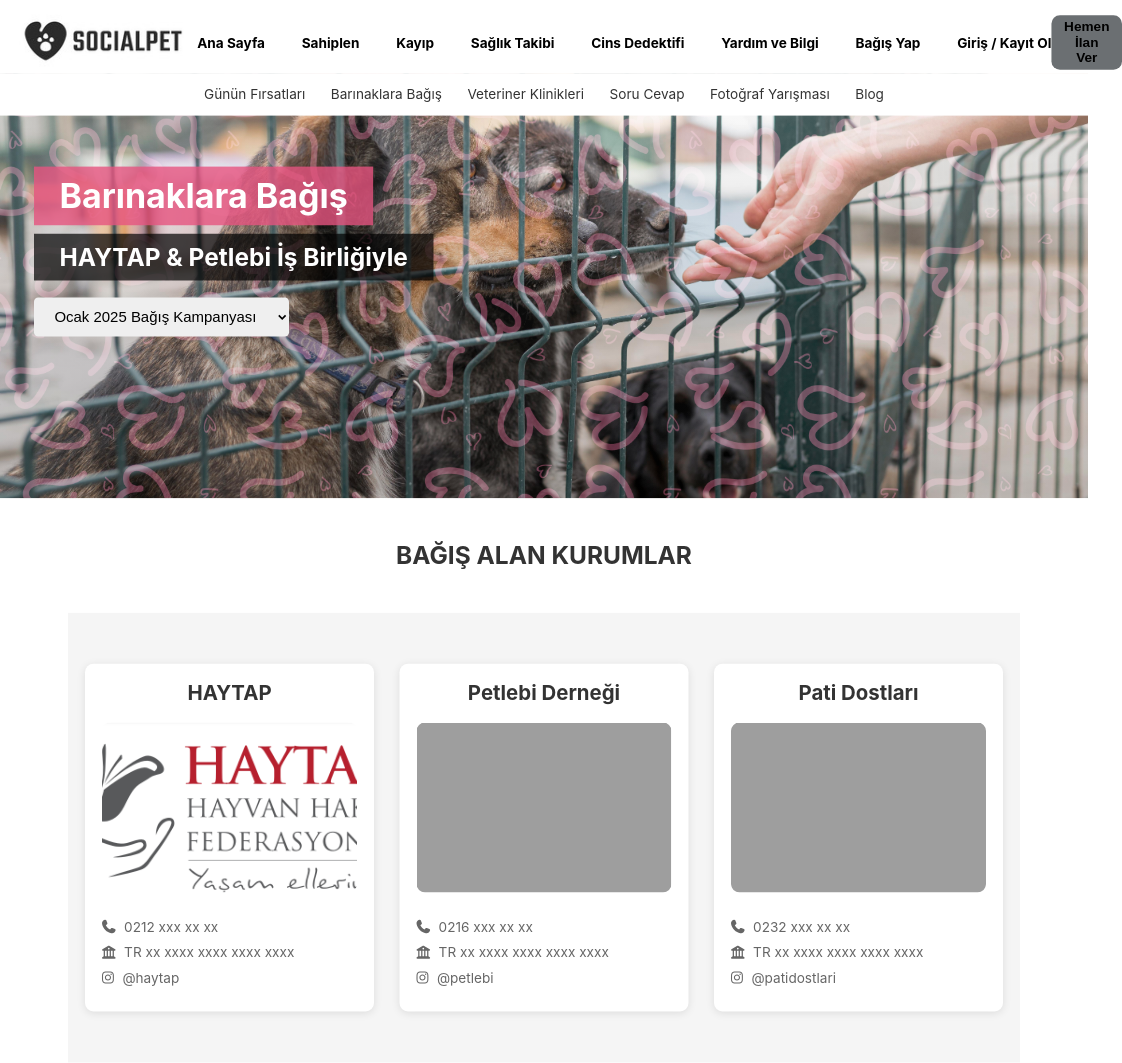
Repository: utkucaa/socialpet-frontend
Page: /donate (app in petweb/petweb/)
The author's editor kept a copy of each file at every save. The page is drawn from the files as they stood at one save, then again after the next save.
The browser window is 1280 px wide. The page is 1320 px wide, so the pictures cover 1320 px, including what lies to the right of the window. The pictures show the whole page, at 85% of full size.
Pictures or frames that could not be fetched are drawn as grey boxes. The project was rebuilt for these pictures with package versions that can differ from the ones it lists, and the page was loaded fresh each time. Also part of the build but not shown: petweb/petweb/src/Components/Login/Login.jsx, petweb/petweb/src/Components/Intro/Intro.css, petweb/petweb/src/Components/Intro/Intro.jsx, petweb/petweb/src/Components/Register/Register.jsx, petweb/petweb/src/Components/Profile/ProfilePage.jsx, petweb/petweb/src/Components/Adoption/Header.css, petweb/petweb/src/Components/Adoption/Header.jsx, petweb/petweb/src/Components/Adoption/Stats.css and 30 more. Imported but missing from the stored project, and not drawn on this page: petweb/petweb/src/Components/AdoptionSteps.

Above is the page before, as saved 2025-01-09 22:03:48.

### petweb/petweb/src/Components/Navbar/Navbar.jsx
import React from 'react';
import { Link } from 'react-router-dom';
import './Navbar.css';

const Navbar = ({ user, setUser }) => {
  const handleLogout = () => {
    setUser(null);
  };

  return (
    <div className='n-container'>
      <div className="n-left">
        <Link to="/">
          <img src="/logo.png" alt="Social Pet Logo" className="n-logo" />
        </Link>
      </div>
      <div className="n-right">
        <div className="n-list">
          <ul>
            <li><Link to="/">Ana Sayfa</Link></li>
            <li><Link to="/adopt">Sahiplen</Link></li>
            <li><Link to="/lost">Kayıp</Link></li>
            <li><Link to="/health-tracking">Sağlık Takibi</Link></li>
            <li><Link to="/breed-detector">Cins Dedektifi</Link></li>
            <li><Link to="/help-info">Yardım ve Bilgi</Link></li>
            <li><Link to="/donate">Bağış Yap</Link></li>

            {!user ? (
              <li><Link to="/login">Giriş / Kayıt Ol</Link></li>
            ) : (
              <li><Link to="/profile">Profil</Link></li>
            )}
          </ul>
        </div>
        {!user ? (
          <button className='giris-cıkıs'>
            <Link to="/create-ad">Hemen İlan Ver</Link>
          </button>
        ) : (
          <button className='giris-cıkıs cıkıs' onClick={handleLogout}>
            <Link to="/">Çıkış Yap</Link>
          </button>
        )}
      </div>
    </div>
  );
};

export default Navbar;

### petweb/petweb/src/Components/Donate/Donate.jsx
import React from 'react';
import './Donate.css';
import { FontAwesomeIcon } from '@fortawesome/react-fontawesome';
import { faPhone, faUniversity } from '@fortawesome/free-solid-svg-icons';
import { faInstagram } from '@fortawesome/free-brands-svg-icons';

const Donate = () => {
  const donationCards = [
    {
      name: "HAYTAP",
      image: "/haytap.png",
      phone: "0212 xxx xx xx",
      iban: "TR xx xxxx xxxx xxxx xxxx",
      instagram: "@haytap"
    },
    {
      name: "Petlebi Derneği",
      image: "/hayvan2.jpg",
      phone: "0216 xxx xx xx",
      iban: "TR xx xxxx xxxx xxxx xxxx",
      instagram: "@petlebi"
    },
    {
      name: "Pati Dostları",
      image: "/hayvan3.jpg",
      phone: "0232 xxx xx xx",
      iban: "TR xx xxxx xxxx xxxx xxxx",
      instagram: "@patidostlari"
    }
  ];

  return (
    <div className="main-container">
      {/* Üst Kısım - Resimli Alan */}
      <div className="hero-section">
        <nav className="nav-menu">
          <ul>
            <li>Günün Fırsatları</li>
            <li>Barınaklara Bağış</li>
            <li>Veteriner Klinikleri</li>
            <li>Soru Cevap</li>
            <li>Fotoğraf Yarışması</li>
            <li>Blog</li>
          </ul>
        </nav>
        <div className="hero-content">
          <div className="title-box">
            <h1>Barınaklara Bağış</h1>
          </div>
          <div className="subtitle-box">
            <h2>HAYTAP & Petlebi İş Birliğiyle</h2>
          </div>
          <div className="select-container">
            <select>
              <option>Ocak 2025 Bağış Kampanyası</option>
            </select>
          </div>
        </div>
      </div>

      {/* Alt Kısım - Bilgilendirme ve Kartlar */}
      <div className="content-section">
        <div className="info-section">
          <h2>BAĞIŞ ALAN KURUMLAR</h2>
        </div>

        <div className="donation-cards-container">
          {donationCards.map((card, index) => (
            <div key={index} className="donation-card">
              <h3 className="card-title">{card.name}</h3>
              <div className="card-image">
                <img src={card.image} alt={card.name} />
              </div>
              <div className="card-info">
                <p> <FontAwesomeIcon icon={faPhone} /> {card.phone}</p>
                <p><FontAwesomeIcon icon={faUniversity} /> {card.iban}</p>
                <p><FontAwesomeIcon icon={faInstagram} /> {card.instagram}</p>
              </div>
            </div>
          ))}
        </div>
      </div>
    </div>
  );
};

export default Donate;

### petweb/petweb/src/Components/Navbar/Navbar.css
.spline-sans-mono {
    font-family: "Spline Sans Mono", monospace;
  }

.n-container{
    height: 10vh;
    margin-top: 14px;
    display: flex;
    justify-content: space-between;
    align-items: center;
    padding: 0 2rem;
}

.n-logo {
    width: 200px;
    height: auto;
    margin-right: 10px;
    margin-left: -10px;
  }


.n-left{
    flex:1;
    align-items: center;
    display: flex;
    gap:1 rem;
}


.n-right{
    display: flex;
    flex: 5;
    align-items: center;
    justify-content: center;
    font-weight: 400;
}

.n-list{
    flex: 10;
}

.n-list a {
    text-decoration: none;
    color: black;
    font-weight: bold;
    font-size: 16px;
    transition: color 0.3s ease;
}

.n-list a:hover {
    color:  #1a237e;
}

.n-list>ul{
    display: flex;
    gap: 2.7rem;
    margin-right: 2rem;
    margin-left: -10px;
    align-items: center;
    list-style: none;
    padding: 0;
    margin: 0;
}

.n-list>ul>li {
    white-space: nowrap;
}

.giris-cıkıs {
    background-color: #6b6f72;
    color: white;
    padding: 5px 15px;
    border: none;
    border-radius: 10px;
    cursor: pointer;
    font-size: 16px;
    font-weight: bold;
    transition: background-color 0.3s ease, transform 0.2s ease;
    margin-right: -14px;
    width: auto;
}
.giris-cıkıs:hover {
    background-color: #4b5b63;
    transform: scale(1.05);
}

.giris-cıkıs a {
    text-decoration: none;
    color: black;
    font-weight: bold;
    font-size: 16px;
}

.giris-cıkıs a:hover {
    color: white;
}

### petweb/petweb/src/Components/Login/Login.css

.login-page {
    display: flex;
    height: 100vh;
  }

  .login-left {
    flex: 1;
  display: flex;
  flex-direction: column;
  justify-content: center;
  align-items: center;
  background: linear-gradient(135deg, #f0f0f0, #d9e4f5);
  padding: 20px;
  text-align: center;
  border-top-right-radius: 20px;
  border-radius: 20px;
  margin-left: 30px;
  }
  .login-logo {
    width: 400px;
    height: auto;
    border-radius: 10px;
    margin-top: 20px;
  }
  .login-left h1 {
    font-size: 36px;
    color: #333;
    margin-bottom: 5px;
    margin-top: 10px;
  }

  .login-left p {
    font-size: 18px;
    margin-top: 5px;
    color: #555;
  }

  .login-image {
    width: 70%;
    margin-top: 20px;
    border-radius: 10px;
  }

  .login-right {
    flex: 1;
    display: flex;
    justify-content: center;
    align-items: center;
    background: #fff;
  }

  .login-box {
    background: white;
    padding: 30px;
    border-radius: 8px;
    box-shadow: 0 4px 15px rgba(0, 0, 0, 0.2);
    text-align: center;
    width: 90%;
    max-width: 400px;
  }

  h2 {
    font-size: 24px;
    margin-bottom: 20px;
    color: #333;
  }

  .form-group {
    margin-bottom: 15px;
    text-align: left;
  }

  label {
    display: block;
    font-size: 14px;
    margin-bottom: 5px;
    color: #555;
  }

  input {
    width: 100%;
    padding: 10px;
    font-size: 14px;
    border-radius: 5px;
    border: 1px solid #ccc;
    outline: none;
    transition: border-color 0.3s;
  }

  input:focus {
    border-color: #5d6d7e;
  }

  .login-button {
    background-color: #5d6d7e;
    color: white;
    padding: 10px;
    width: 100%;
    border: none;
    border-radius: 5px;
    font-size: 16px;
    cursor: pointer;
    transition: background-color 0.3s;
  }

  .login-button:hover {
    background-color: #4b5b63;
  }

  .error-message {
    color: red;
    font-size: 14px;
    margin-bottom: 15px;
  }

  .redirect-message {
    margin-top: 15px;
    font-size: 14px;
  }

  .redirect-message a {
    color: #4a90e2;
    text-decoration: none;
  }

  .redirect-message a:hover {
    text-decoration: underline;
  }

### petweb/petweb/src/Components/Register/Register.css
.register-page {
    display: flex;
    height: 100vh;
  }

  .register-left {
    flex: 1;
  display: flex;
  flex-direction: column;
  justify-content: center;
  align-items: center;
  background: linear-gradient(135deg, #f0f0f0, #d9e4f5);
  padding: 20px;
  text-align: center;
  border-top-right-radius: 20px;
  border-radius: 20px;
  margin-left: 30px;
  }

  .register-logo {
    width: 400px;
    height: auto;
    border-radius: 10px;
    margin-top: 20px;
  }

  .register-left h1 {
    font-size: 36px;
    color: #333;
    margin-bottom: 5px;
    margin-top: 10px;
  }

  .register-left p {
    font-size: 18px;
    margin-top: 5px;
    color: #555;
  }

  .register-right {
    flex: 1;
    display: flex;
    justify-content: center;
    align-items: center;
    background: #fff;
  }

  .register-box {
    background: white;
  padding: 20px;
  border-radius: 20px;
  box-shadow: 0 4px 15px rgba(0, 0, 0, 0.2);
  text-align: center;
  width: 100%;
  max-width: 600px;
  }

  h2 {
    font-size: 24px;
    margin-bottom: 20px;
    color: #333;
  }

  .form-group {
    margin-bottom: 15px;
    text-align: left;
  }

  label {
    font-size: 14px;
  margin-bottom: 5px;
  color: #555;
  align-self: flex-start;
  padding-left: 112px;
  }

  input {
    width: 100%;
    max-width: 350px;
    padding: 12px;
    font-size: 14px;
    border-radius: 5px;
    border: 1px solid #ccc;
    outline: none;
    transition: border-color 0.3s;
    margin: 0 auto;
    display: block;
  }

  input:focus {
    border-color: #5d6d7e;
  }

  .register-button {
    background-color: #5d6d7e;
  color: white;
  padding: 12px;
  width: 100%;
  max-width: 350px;
  border: none;
  border-radius: 5px;
  font-size: 16px;
  cursor: pointer;
  transition: background-color 0.3s;
  margin: 20px auto;
  display: block;
  }

  .register-button:hover {
    background-color: #4b5b63;
  }

  .error-message {
    color: red;
    font-size: 14px;
    margin-bottom: 15px;
  }

  .redirect-message {
    margin-top: 15px;
    font-size: 14px;
  }

  .redirect-message a {
    color: #4a90e2;
    text-decoration: none;
  }

  .redirect-message a:hover {
    text-decoration: underline;
  }

### petweb/petweb/src/Components/Profile/ProfilePage.css
.profile-container {
  padding: 20px;
  max-width: 1200px;
  margin: 0 auto;
}

.profile-header-section {
  background: #696769;
  border-radius: 8px;
  padding: 20px;
  display: flex;
  justify-content: space-between;
  align-items: center;
  color: white;
}

.profile-avatar {
  display: flex;
  justify-content: center;
  align-items: center;
  position: relative;
  width: 120px;
  height: 120px;
}

.avatar-box {
  width: 100px;
  height: 100px;
  border-radius: 8px;
  background-color: #d9d9d9;
  overflow: hidden;
  display: flex;
  justify-content: center;
  align-items: center;
  position: relative;
  cursor: pointer;
}

.avatar-box img {
  width: 100%;
  height: 100%;
  object-fit: cover;
}

.avatar-input {
  position: absolute;
  top: 0;
  left: 0;
  width: 100%;
  height: 100%;
  opacity: 0;
  cursor: pointer;
  z-index: 2;
}

.profile-left {
  display: flex;
  align-items: center;
  gap: 20px;
}

.profile-avatar img {
  width: 120px;
  height: 120px;
  border-radius: 8px;
  background: #fff;
}

.member-tags {
  display: flex;
  gap: 10px;
  margin: 10px 0;
}

.tag {
  padding: 4px 8px;
  border-radius: 4px;
  font-size: 12px;
}

.tag.blue {
  background: #2196f3;
}

.tag.cyan {
  background: #00bcd4;
}

.stats-section {
  display: grid;
  grid-template-columns: repeat(4, 1fr);
  gap: 20px;
  margin: 20px 0;
}

.stat-card {
  padding: 15px;
  border-radius: 8px;
  color: white;
  text-align: center;
}

.stat-card.blue { background: #82bae8; }
.stat-card.green { background: #86c388; }
.stat-card.orange { background: #e7c086; }
.stat-card.cyan { background: #7bcad4; }


.content-section {
  display: flex;
  gap: 20px;
  margin-top: 20px;
}

.side-menu {
  width: 250px;
  background: #f5f5f5;
  padding: 15px;
  border-radius: 8px;
}

.side-menu ul {
  list-style: none;
  padding: 0;
}

.side-menu li {
  padding: 10px;
  margin: 5px 0;
  cursor: pointer;
  border-radius: 4px;
  transition: background-color 0.3s;
}

.side-menu li:hover {
  background: #e0e0e0;
}

.main-content {
  flex: 1;
}

.no-ads {
  background: #696767;
  color: white;
  padding: 15px;
  border-radius: 8px;
  text-align: center;
}

.profile-actions {
  display: flex;
  gap: 15px;
}

.btn-update, .btn-add {
  padding: 8px 16px;
  border: none;
  border-radius: 4px;
  cursor: pointer;
}

.btn-update {
  background: #f5f5f5;
  color: #333;

}

.btn-add {
  background: #eda03c;
  color: white;

}

.btn-logout {
  background-color: rgb(201, 197, 197);
  color: white;
  border: none;
  padding: 10px 20px;
  cursor: pointer;
  margin-top: 10px; /* İlan Ekle butonundan sonra biraz boşluk bırakır */
}

.btn-logout:hover {
  background-color: rgb(55, 54, 54);
}

### petweb/petweb/src/Components/Adoption/CreatedPage.css
.create-ad-container {
  display: flex;
  width: 100%;
}

.create-ad-title {
  font-size: 24px;
  font-weight: bold;
  color: #333;
  margin-left: 90px;
  margin-top: 20px;
  text-align: left;
  position: relative;
  top: 20px;
}

select {
  font-size: 12px;
  padding: 5px 8px;
  width: 100px;
  height: auto;
  border-radius: 5px;
  border: 1px solid #ccc;
}

option {
  font-size: 12px;
}

.sidebar {
  width: 250px;
  background-color: #f4f4f4;
  height: 100vh;
  padding: 20px;
  box-shadow: 2px 0 5px rgba(0, 0, 0, 0.1);
}

.step-content {
  margin-left: 270px;
  padding: 20px;
  width: calc(100% - 270px);
  display: flex;
  flex-direction: column;
}

.step-indicator {
  display: flex;
  justify-content: center;
  align-items: center;
  margin-bottom: 20px;
  gap: 50px;
}

.step-box {
  width: 40px;
  height: 40px;
  background-color: transparent;
  border-radius: 50%;
  display: flex;
  justify-content: center;
  align-items: center;
  font-size: 18px;
  margin: 0 px;
  font-weight: bold;
  cursor: pointer;
  box-shadow: none;
  border: none;
  transition: background-color 0.3s ease, color 0.3s ease;
}

.step-box.active {
  background-color: #f8c471;
  color: white;
}

.step-box.inactive {
  background-color: #ccc;
  color: #666;
}

.step-text.active-text {
  color: #f8c471;
}

.step-text.inactive-text {
  color: #666;
}

.step-description {
  display: flex;
  justify-content: center;
  margin-top: -10px;
  gap: 80px;
}

.step-text {
  font-size: 14px;
  text-align: center;
  width: auto;
  margin: 20px 0 0 0;
  transition: color 0.3s;
}

.step-text h2 {
  font-size: 12px;
  color: #333;
  margin-top: 5px;
  transition: color 0.3s ease, font-weight 0.3s ease; /* Animasyon */
}

.step-text.active-text h2 {
  color: #f8c471; /* Aktif başlık rengi */
  font-weight: bold;
}

.step {
  display: flex;
  flex-direction: column;
  align-items: flex-start; /* Sola hizalar */
  width: 100%;
}

### petweb/petweb/src/Components/Lost/CreateListingPage.css
.page-container {
  width: 100%;
  max-width: 1200px;
  margin: 0 auto;
  padding: 20px;
}

.baslık{
  font-size: 28px;
  margin-bottom: 29px;
}

.create-listing-container {
  display: flex;
  gap: 30px;
}

.left-section {
  flex: 7;
}

.right-section {
  flex: 3;
}

.form-group {
  margin-bottom: 20px;
}

h2, h3 {
  margin-bottom: 9px;
  color: #333;
  font-size: 18px;
}

.form-input,
.form-select,
.form-textarea {
  width: 100%;
  padding: 12px;
  border: 1px solid #ddd;
  border-radius: 4px;
  font-size: 16px;
  margin-bottom: 10px;
}

.form-textarea {
  min-height: 150px;
  resize: vertical;
}



.warning-text {
  color: #d32f2f;
  font-weight: bold;
  margin: 10px 0;
}

.note-text {
  color: #666;
  font-size: 14px;
  margin-top: 8px;
}

.map-container {
  width: 100%;
  height: 400px;
  background-color: #f5f5f5;
  border-radius: 4px;
  margin-bottom: 20px;
  display: flex;
  align-items: center;
  justify-content: center;
}

/* Sağ bölüm stilleri */
.image-upload-container {
  border: 2px dashed #ddd;
  border-radius: 4px;
  padding: 20px;
  text-align: center;
  background-color: #f9f9f9;
}

.file-input {
  display: none;
}

.file-label {
  cursor: pointer;
  display: block;
}

.upload-placeholder {
  color: #1976d2;
  font-size: 18px;
  padding: 60px 0;
}

.preview-image {
  max-width: 100%;
  max-height: 300px;
  object-fit: contain;
}

.upload-note {
  color: #666;
  font-size: 14px;
  margin-top: 10px;
}

.button-container {
  margin-top: 20px;
}

.publish-button,
.delete-button {
  width: 100%;
  padding: 12px;
  border: none;
  border-radius: 4px;
  font-size: 16px;
  cursor: pointer;
  margin-bottom: 10px;
}

.publish-button {
  background-color: #5d9d5f;
  color: white;
}

.delete-button {
  background-color: #d9473d;
  color: white;
}

.publish-button:hover,
.delete-button:hover {
  opacity: 0.9;
}

.terms-text {
  text-align: center;
  font-size: 14px;
  color: #666;
  margin-top: 15px;
}

.terms-text a {
  color: #1976d2;
  text-decoration: none;
}

### petweb/petweb/src/Components/Donate/Donate.css
.main-container {
    width: 100%;
    min-height: 100vh;
  }

  /* Üst Kısım - Hero Section */
  .hero-section {
    width: 100%;
    height: 500px;
    position: relative;
    background-image: url('/public/bagıs.jpg');
    background-size: cover;
    background-position: center;
    overflow: hidden;
  }

  /* Kalp Efekti */
  .hero-section::after {
    content: '';
    position: absolute;
    top: 0;
    left: 0;
    right: 0;
    bottom: 0;
    background-image: url('/public/heart-pattern.png');
    background-size: 800px auto;
    opacity: 0.4;
    pointer-events: none;
    animation: floatingHearts 20s linear infinite;
    mix-blend-mode: screen;
  }

  /* Gradient Overlay */
  .hero-section::before {
    content: '';
    position: absolute;
    top: 0;
    left: 0;
    right: 0;
    bottom: 0;
    background: linear-gradient(
      rgba(255, 255, 255, 0.1),
      rgba(0, 0, 0, 0.2)
    );
  }

  /* Navigasyon Menüsü */
  .nav-menu {
    background-color: white;
    padding: 15px 0;
    position: relative;
    z-index: 10;
  }

  .nav-menu ul {
    display: flex;
    justify-content: center;
    list-style: none;
    gap: 30px;
    margin: 0;
    padding: 0;
  }

  .nav-menu li {
    color: #333;
    cursor: pointer;
  }

  /* Hero İçerik */
  .hero-content {
    position: relative;
    z-index: 2;
    padding: 60px 40px;
    max-width: 1200px;
    margin: 0 auto;
  }

  .title-box {
    margin-bottom: 10px;
  }

  .title-box h1 {
    background-color: rgba(231, 84, 128, 0.8);
    color: white;
    padding: 10px 30px;
    font-size: 2.5rem;
    margin: 0;
    display: inline-block;
  }

  .subtitle-box {
    margin-bottom: 20px;
  }

  .subtitle-box h2 {
    background-color: rgba(0, 0, 0, 0.7);
    color: white;
    padding: 10px 30px;
    font-size: 1.8rem;
    margin: 0;
    display: inline-block;
  }

  .select-container select {
    padding: 12px 20px;
    font-size: 1.1rem;
    border: none;
    border-radius: 5px;
    min-width: 300px;
    cursor: pointer;
  }

  /* Alt Kısım - Content Section */
  .content-section {
    background-color: white;
    display: flex;           /* Eklendi */
  flex-direction: column;  /* Eklendi */
  align-items: center;
  }

  .info-section {
    text-align: center;
    padding: 30px 0;

  }

  .info-section h2 {
    margin: 0;
    color: #333;
    font-size: 1.8rem;
  }

  /* Bağış Kartları */
  .donation-cards-container {
    display: flex;
  justify-content: center;
  gap: 30px;
  padding: 60px 20px; /* Üst padding'i artırdık */
  flex-wrap: wrap;
  max-width: 1200px;
  margin: 0 auto;
  background-color: #f5f5f5;
  }

  .donation-card {
    background: white;
    border-radius: 10px;
    box-shadow: 0 2px 10px rgba(0, 0, 0, 0.1);
    width: 300px;
    padding: 20px;
    display: flex;
    flex-direction: column;
    align-items: center;
    transition: transform 0.3s ease;
  }

  .donation-card:hover {
    transform: translateY(-5px);
  }

  .card-title {
    color: #333;
    font-size: 1.5rem;
    margin: 0 0 20px 0;
    text-align: center;
  }

  .card-image {
    width: 100%;
    height: 200px;
    overflow: hidden;
    border-radius: 8px;
    margin-bottom: 20px;
  }

  .card-image img {
    width: 100%;
    height: 100%;
    object-fit: cover;
  }

  .card-info {
    width: 100%;
  }

  .card-info p {
    margin: 10px 0;
    color: #666;
    display: flex;
    align-items: center;
    gap: 10px;
  }

  .card-info i {
    width: 20px;
    color: #e75480;
  }

  /* Animasyon */
  @keyframes floatingHearts {
    from {
      background-position: 0 0;
    }
    to {
      background-position: 100% 100%;
    }
  }

  /* Responsive Tasarım */
  @media (max-width: 1024px) {
    .donation-cards-container {
      gap: 20px;
    }

    .donation-card {
      width: calc(50% - 40px);
    }
  }

  @media (max-width: 768px) {
    .nav-menu ul {
      flex-wrap: wrap;
      gap: 15px;
    }

    .hero-content {
      padding: 40px 20px;
    }

    .select-container select {
      min-width: 250px;
    }

    .donation-card {
      width: 100%;
      max-width: 400px;
    }
  }

  .card-image img {
    width: 300px; /* Genişlik */
    height: 200px; /* Yükseklik */
    object-fit: cover; /* Resmi kare alanda düzgün şekilde yerleştirir */
    border-radius: 10px; /* Kenarları yuvarlamak için opsiyonel */
  }

Loaded but not shown: petweb/petweb/public/index.html (common file); petweb/petweb/src/index.js (common file); petweb/petweb/src/index.css (common file); petweb/petweb/src/reportWebVitals.js (common file); petweb/petweb/src/App.js (55 lines, source omitted)

After the next save:
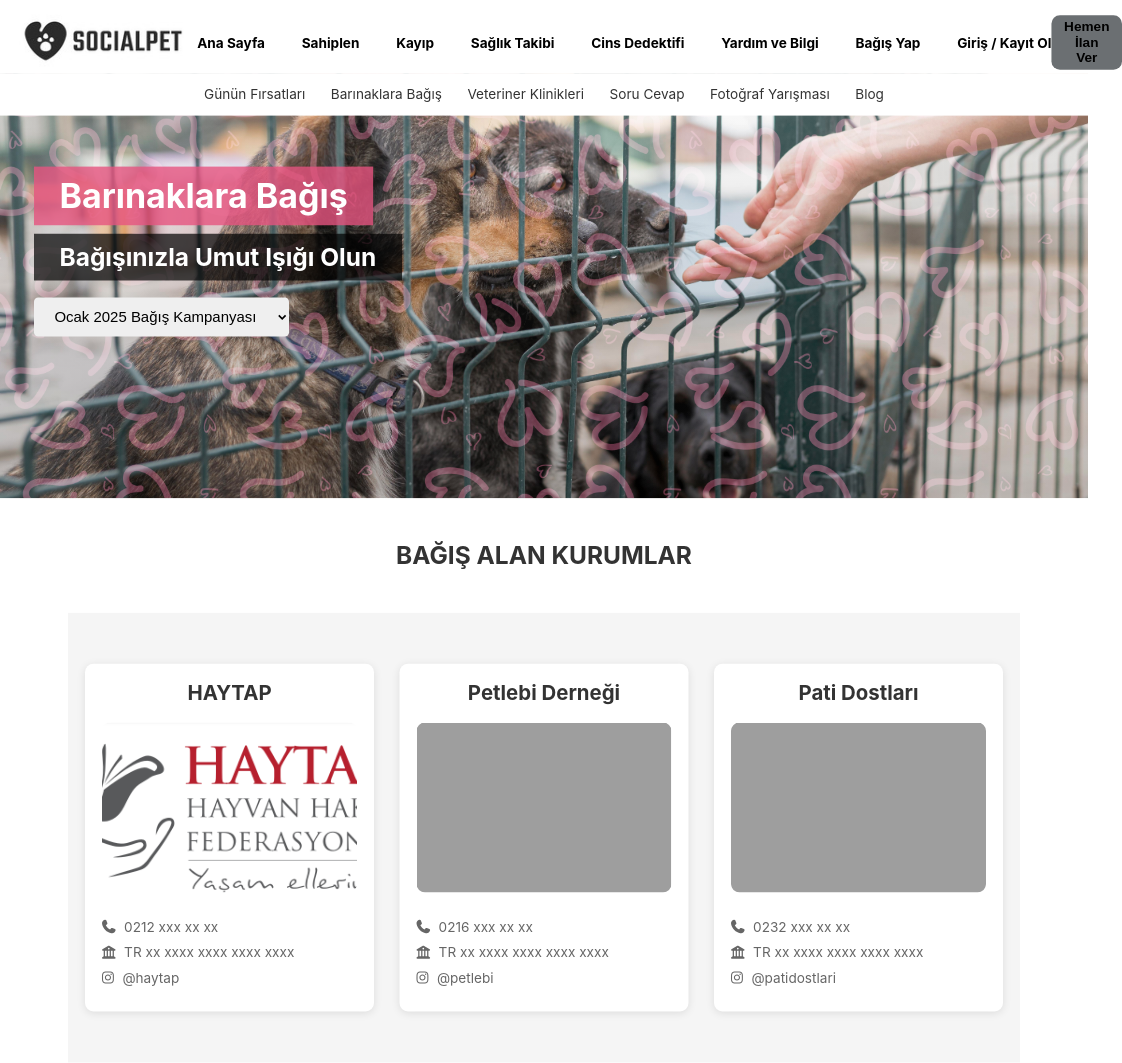
Saved 4 min 43 s later.
--- a/petweb/petweb/src/Components/Donate/Donate.jsx
+++ b/petweb/petweb/src/Components/Donate/Donate.jsx
@@ -48,7 +48,7 @@
             <h1>Barınaklara Bağış</h1>
           </div>
           <div className="subtitle-box">
-            <h2>HAYTAP & Petlebi İş Birliğiyle</h2>
+            <h2>Bağışınızla Umut Işığı Olun</h2>
           </div>
           <div className="select-container">
             <select>
